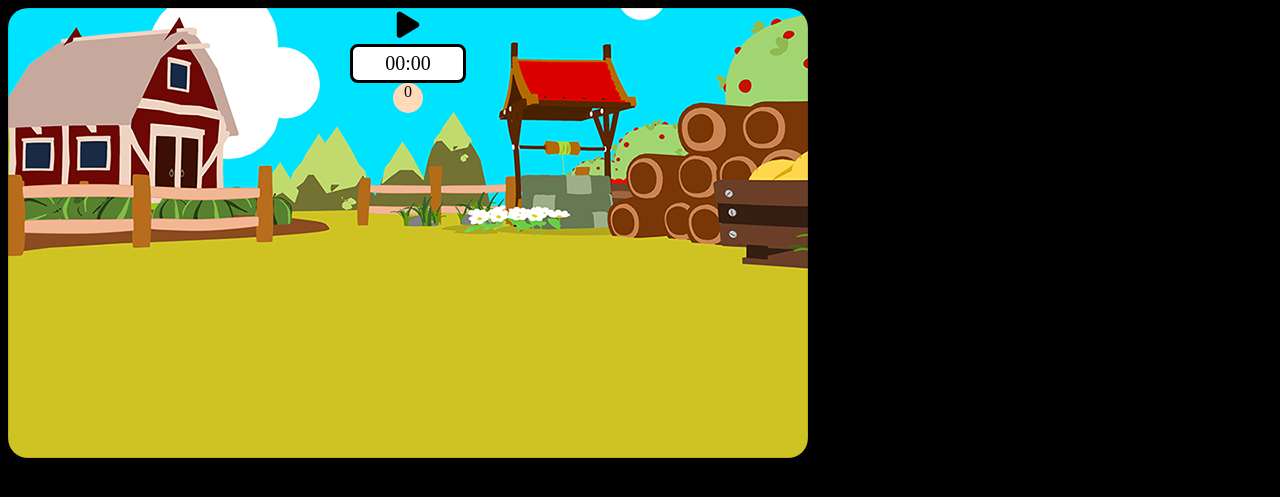
Repository: rladpwl0512/dreamcoding_browser101
Page: (7) catch-carrot-game/catch carrot/index.html
An editor plug-in stored every save of this project. The page is shown before and after the next save, followed by the edit.
The browser window is 1280 px wide. The pictures show the whole page.
Some web libraries are served in a nearby version.

Above is the page before, as saved 2021-10-06 19:36:49.

After the next save:
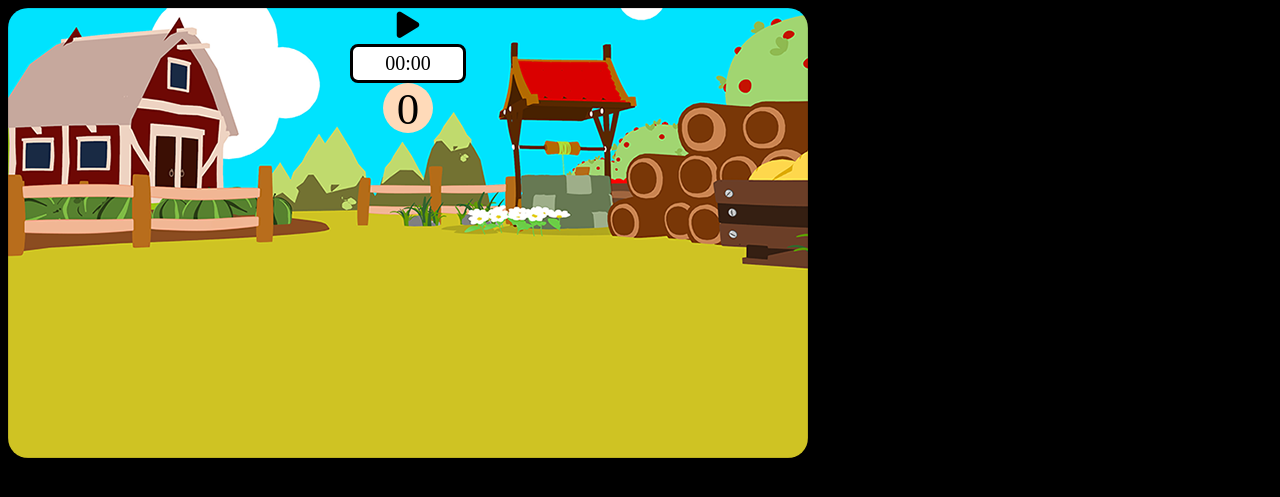
Saved 67 s later.
--- a/(7) catch-carrot-game/catch carrot/style.css
+++ b/(7) catch-carrot-game/catch carrot/style.css
@@ -38,8 +38,9 @@ button {
 }
 
 .count {
-  width: 30px;
-  height: 30px;
+  width: 50px;
+  height: 50px;
+  font-size: 45px;
   background-color: peachpuff;
   border-radius: 50%;
   margin: 0 auto;
